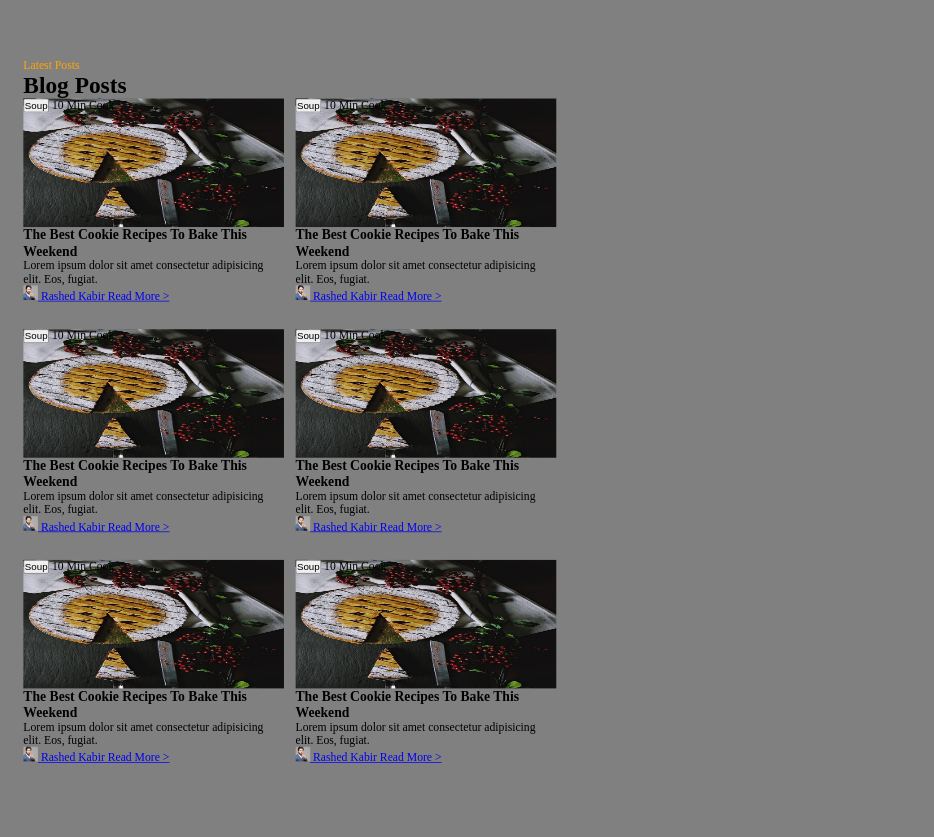
Repository: ngoctinvo/diner_project_cybersoft
Page: html/blog.html
An editor plug-in stored every save of this project. The page is shown before and after the next save, followed by the edit.
The browser window is 1280 px wide. The pictures show the whole page, at 73% of full size.
The style sheet was rebuilt from its Sass, Less or Tailwind sources for each picture, by a compiler version that may differ from the author's.

Above is the page before, as saved 2022-04-16 22:03:01.

After the next save:
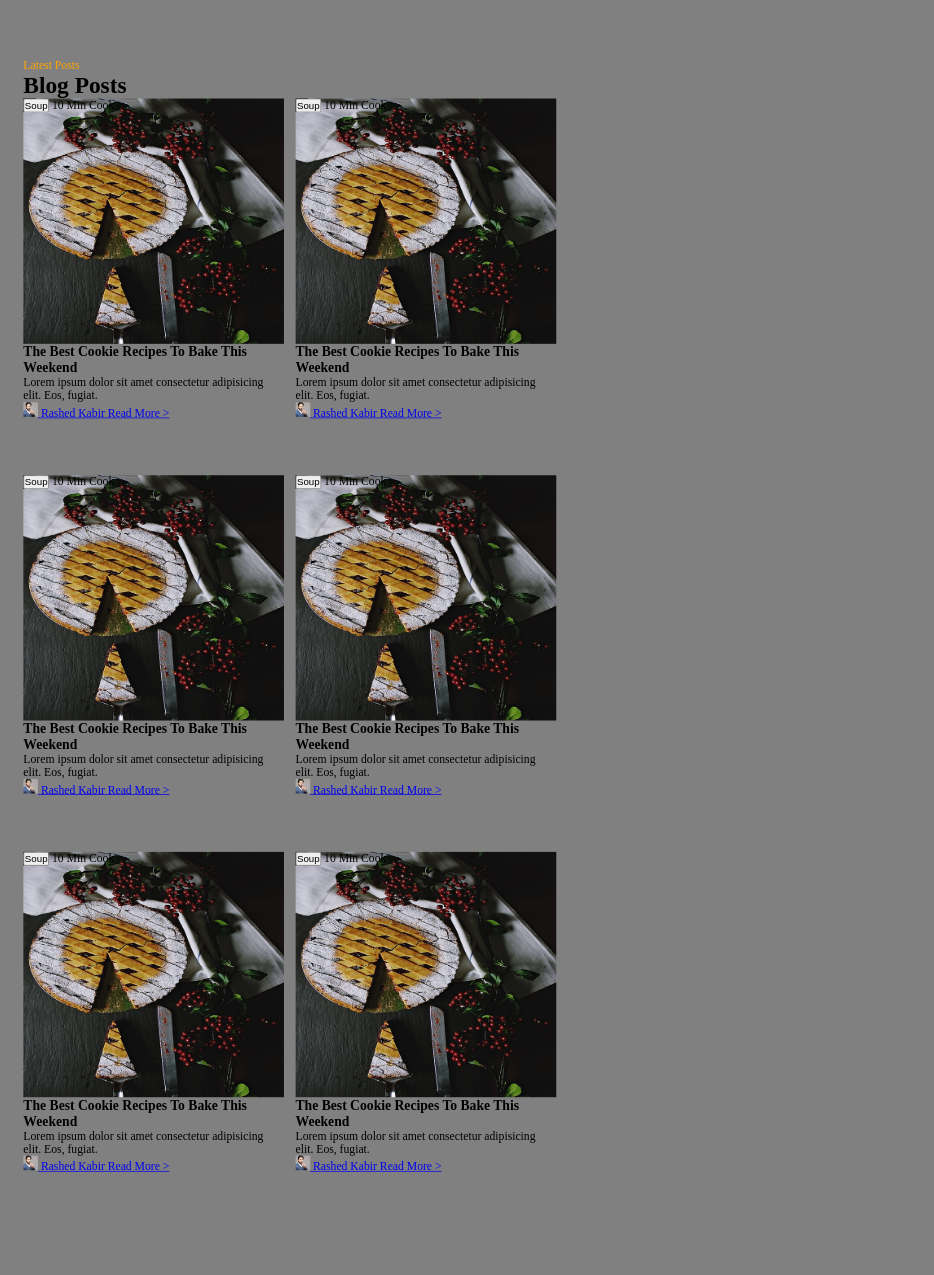
Saved 10 s later.
--- a/sass/blog.scss
+++ b/sass/blog.scss
@@ -27,7 +27,7 @@
                 .list {
                     display: grid;
                     grid-template-columns: 1fr 1fr;
-                    grid-template-rows: repeat(3, 300px);
+                    grid-template-rows: repeat(3, 500px);
                     gap: 1rem;
                     .item {
                         margin-bottom: 5rem;
